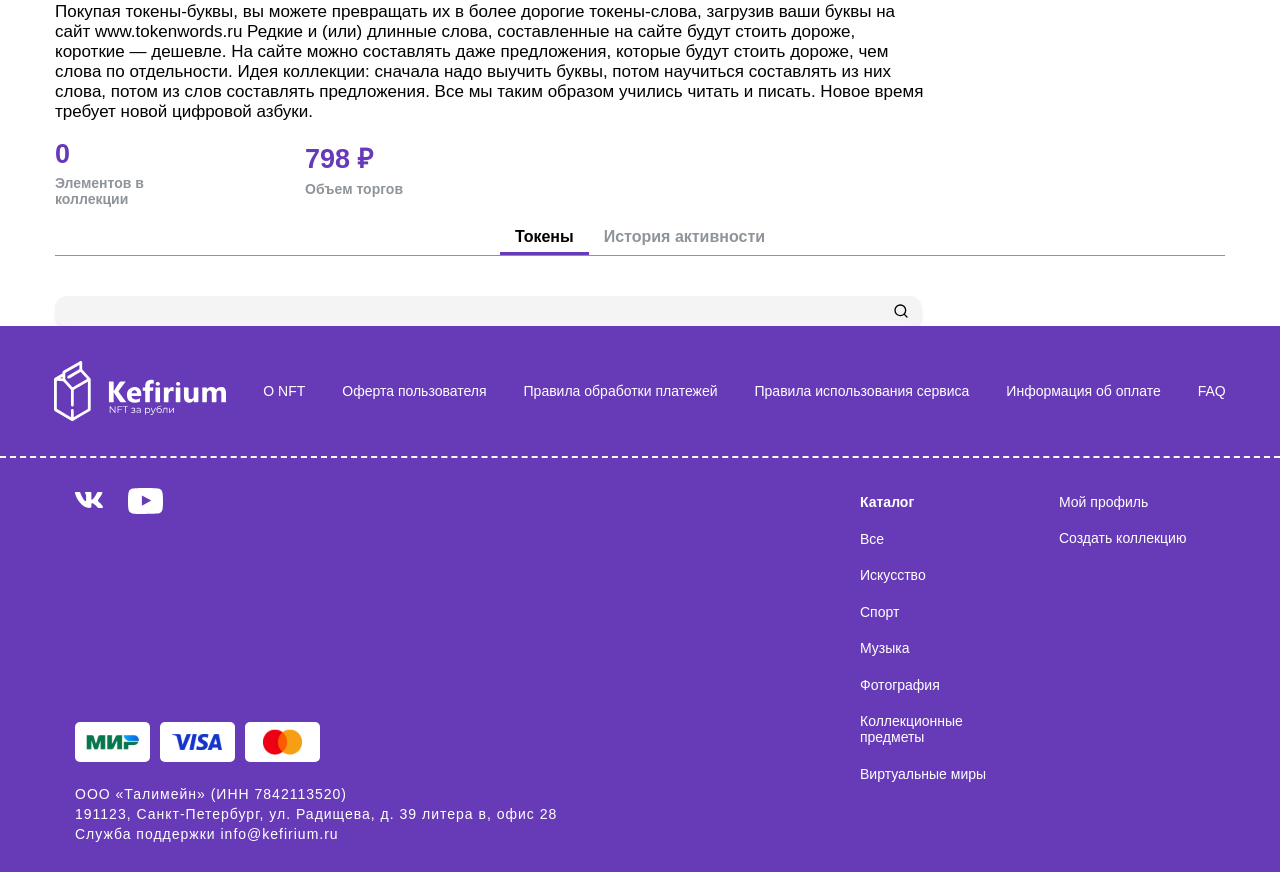
Repository: danchikko/kefirium
Page: /collection
These files come from the project's save history. The page is drawn as it stood at one moment and after the next save; the edit follows.
The browser window is 1280 px wide. The pictures show the part of the page from y = 575 to 1527 px (the page is 1447 px tall before and 1527 px after).
The project was rebuilt for these pictures with package versions that can differ from the ones it lists, and the page was loaded fresh each time. Requests to the local data server were answered from the project's data file. Also part of the build but not shown: src/components/signUp/Navs.js, src/utils/helpers/constants.js, src/components/signUp/FormPhysic.js, src/components/signUp/FormJur.js, src/components/signUp/SignUp.js, src/components/signIn/Form.js, src/components/signIn/SignIn.js, src/components/header/Register.js and 48 more.

Above is the page before, as saved 2022-08-18 16:36:35.

### public/index.html
<!DOCTYPE html>
<html lang="en">
	<head>
		<meta charset="utf-8" />
		<link rel="icon" href="%PUBLIC_URL%/favicon.ico" />
		<meta name="viewport" content="width=device-width, initial-scale=1" />
		<meta name="theme-color" content="#000000" />
		<meta
			name="description"
			content="Web site created using create-react-app"
		/>
		<link rel="apple-touch-icon" href="%PUBLIC_URL%/logo192.png" />
		<link rel="manifest" href="%PUBLIC_URL%/manifest.json" />
		<title>React App</title>
	</head>
	<body>
		<div id="root"></div>
	</body>
</html>

### src/index.js
import React from 'react'
import ReactDOM from 'react-dom/client'
import './index.css'
import App from './App'
import { BrowserRouter } from 'react-router-dom'
import { Provider } from 'react-redux'
import store from './store'

const root = ReactDOM.createRoot(document.getElementById('root'))
root.render(
	<React.StrictMode>
		<BrowserRouter>
			<Provider store={store}>
				<App />
			</Provider>
		</BrowserRouter>
	</React.StrictMode>,
)

### src/index.css
* {
	box-sizing: border-box;
  font-family: 'Barlow', sans-serif;
  font-family: 'Barlow Condensed', sans-serif;
  font-family: 'Bebas Neue', cursive;
  font-family: 'Kanit', sans-serif;
  font-family: 'M PLUS 1 Code', sans-serif;
  font-family: 'Oxygen', sans-serif;
  /* font-family: Situs;
  font-style: italic; */
}

body {
	margin: 0;
}

### src/App.js
import Footer from './components/footer/Footer'
import Header from './components/header/Header'
import { AuthContextProvider } from './context/AuthContext'
import Main from './pages'

function App() {

	return (
		<AuthContextProvider>
			<Header />
			<Main />
			<Footer />
		</AuthContextProvider>
	)
}

export default App

### src/store/index.js
import optionsSlice from "./optionsSlice"
import { configureStore } from "@reduxjs/toolkit"
import postsSlice from "./postsSlice"
import registerSlice from "./registerSlice"
import profileSlice from "./profileSlice"

const store = configureStore({
    reducer: {
        options: optionsSlice,
        posts: postsSlice,
        register: registerSlice,
        profile: profileSlice,
    }
})

export default store

### src/components/footer/Footer.js
import { useDispatch } from 'react-redux'
import styled from 'styled-components'
import {
	closeCategoriesModal,
	closeSupportModal,
} from '../../store/optionsSlice'
import { modalRegisterGlobal } from '../../store/registerSlice'
import FirstBlock from './FirstBlock'
import SecondBlock from './SecondBlock'

const Footer = () => {
	const dispatch = useDispatch()
	return (
		<MainFooter
			onClick={() =>
				dispatch(
					closeCategoriesModal(),
					dispatch(closeSupportModal(), dispatch(modalRegisterGlobal())),
				)
			}
		>
			<FirstBlock />
			<SpecialDiv />
			<SecondBlock />
		</MainFooter>
	)
}

const MainFooter = styled.footer`
	width: 100%;
	background: #673bb7;
`

const SpecialDiv = styled.div`
	width: 100%;
	border-bottom: 2.5px dashed #ffff;
`

export default Footer

### src/context/AuthContext.js
import { createContext, useContext, useEffect, useState } from 'react'
import {
	createUserWithEmailAndPassword,
	signInWithEmailAndPassword,
	signOut,
	onAuthStateChanged,
} from 'firebase/auth'
import { auth } from '../firebase'

const UserContext = createContext()

export const AuthContextProvider = ({ children }) => {
    const [user, setUser] = useState({})
	const createUser = (email, password) => {
		return createUserWithEmailAndPassword(auth, email, password)
	};

    const signIn = (email, password) => {
        return signInWithEmailAndPassword(auth, email, password)
    }

    const logout = () => {
        return signOut(auth)
    }

    useEffect(() => {
        const unsubscribe = onAuthStateChanged(auth, (currentUser) => {
            setUser(currentUser)
        })
        return () => {
            unsubscribe()
        }
    }, [])
	return (
		<UserContext.Provider value={{createUser, user, logout, signIn}}>
			{children}
		</UserContext.Provider>
	)
}

export const UserAuth = () => {
	return useContext(UserContext)
}

### src/pages/index.js
import { useDispatch } from 'react-redux'
import { Route, Routes } from 'react-router-dom'
import CreateNewCollection from '../components/createCollection'
import ProfileSetting from '../components/myProfile/profileSetting'
import ProtectedRoute from '../components/ProtectedRoute'
import AboutNFT from '../components/support/AboutNFT'
import PaymentRules from '../components/support/PaymentRules'
import UserOffer from '../components/support/UserOffer'
import {
	closeCategoriesModal,
	closeSupportModal,
} from '../store/optionsSlice'
import { modalRegisterGlobal } from '../store/registerSlice'
import Categories from './categories/Categories'
import Collections from './collections'
import CollectionToken from './collectionTokens'
import CreateNFT from './createNFT/CreateNFT'
import MainPage from './main-page'
import Profile from './profile'

const Main = () => {
	const dispatch = useDispatch()
	return (
		<div
			onClick={() =>
				dispatch(
					closeCategoriesModal(),
					dispatch(closeSupportModal(), dispatch(modalRegisterGlobal())),
				)
			}
		>
			<Routes>
				<Route path='/' element={<MainPage />} />
				<Route path='/categories' element={<Categories />} />
				<Route path='/createNFT' element={<ProtectedRoute><CreateNFT /></ProtectedRoute>} />
				<Route path='/aboutNFT' element={<AboutNFT />} />
				<Route path='/userOffer' element={<UserOffer />} />
				<Route path='/paymentRules' element={<PaymentRules />} />
				<Route path='/profile/*' element={<ProtectedRoute><Profile /></ProtectedRoute>} />
                <Route path='/profile/settings/*' element={<ProfileSetting />} />
				<Route path='/createCollection' element={<ProtectedRoute><CreateNewCollection /></ProtectedRoute>}/>
				<Route path='/collection/token/*' element={<CollectionToken />} />
				<Route path='/collection/*' element={<Collections />} />
			</Routes>
		</div>
	)
}

export default Main

### src/store/optionsSlice.js
import { createSlice } from '@reduxjs/toolkit'

export const optionsSlice = createSlice({
	name: 'options',
	initialState: {
		sorted: '',
		all: false,
		art: false,
		sport: false,
		music: false,
		photo: false,
		collectibles: false,
		virtualworlds: false,
		categoriesModal: false,
		supportModal: false,
	},
	reducers: {
		sortedPost: (state, action) => {
			state.sorted = action.payload
		},
		modalCategories: (state) => {
			state.categoriesModal = !state.categoriesModal
		},
		closeCategoriesModal: (state, action) => {
			state.categoriesModal = action.payload
		},
		modalSupport: (state) => {
			state.supportModal = !state.supportModal
		},
		closeSupportModal: (state) => {
			state.supportModal = false
		},
		allClick: (state) => {
			state.sorted = 'all'
			state.all = true
			state.art = false
			state.sport = false
			state.music = false
			state.photo = false
			state.collectibles = false
			state.virtualworlds = false
		},
		artClick: (state) => {
			state.sorted = 'art'
			state.all = false
			state.art = true
			state.sport = false
			state.music = false
			state.photo = false
			state.collectibles = false
			state.virtualworlds = false
		},
		sportClick: (state) => {
			state.sorted = 'sport'
			state.all = false
			state.art = false
			state.sport = true
			state.music = false
			state.photo = false
			state.collectibles = false
			state.virtualworlds = false
		},
		musicClick: (state) => {
			state.sorted = 'music'
			state.all = false
			state.art = false
			state.sport = false
			state.music = true
			state.photo = false
			state.collectibles = false
			state.virtualworlds = false
		},
		photoClick: (state) => {
			state.sorted = 'photo'
			state.all = false
			state.art = false
			state.sport = false
			state.music = false
			state.photo = true
			state.collectibles = false
			state.virtualworlds = false
		},
		collectiblesClick: (state) => {
			state.sorted = 'collectibles'
			state.all = false
			state.art = false
			state.sport = false
			state.music = false
			state.photo = false
			state.collectibles = true
			state.virtualworlds = false
		},
		virtualworldsClick: (state) => {
			state.sorted = 'virtualworlds'
			state.all = false
			state.art = false
			state.sport = false
			state.music = false
			state.photo = false
			state.collectibles = false
			state.virtualworlds = true
		}
	},
})

export const {
	sortedPost,
	modalCategories,
	closeCategoriesModal,
	modalSupport,
	closeSupportModal,
	allClick,
	artClick,
	sportClick,
	musicClick,
	photoClick,
	collectiblesClick,
	virtualworldsClick,
} = optionsSlice.actions
export default optionsSlice.reducer

### src/store/postsSlice.js
import { createSlice } from '@reduxjs/toolkit'

const postsSlice = createSlice({
	name: 'posts',
	initialState: {
		id: new Date().toLocaleString(),
		NFTImage: null,
		NFTName: '',
		description: '',
		reference: '',
		content: '',
		price: 0,
		mainImage: null,
		banner: null,
		name: '',
		categories: '',
		collectionDescription: '',
	},
	reducers: {
		createImage: (state, action) => {
			state.NFTImage = action.payload
		},
		createName: (state, action) => {
			state.NFTName = action.payload
		},
		createDescription: (state, action) => {
			state.description = action.payload
		},
		createReference: (state, action) => {
			state.reference = action.payload
		},
		createContent: (state, action) => {
			state.content = action.payload
		},
		createPrice: (state, action) => {
			state.price = action.payload
		},
		createCollectionImage: (state, action) => {
			state.mainImage = action.payload
		},
		createCollectionBanner: (state, action) => {
			state.banner = action.payload
		},
		createCollectionName: (state, action) => {
			state.name = action.payload
		},
		createCollectionCategories: (state, action) => {
			state.categories = action.payload
		},
		createCollectionDescription: (state, action) => {
			state.collectionDescription = action.payload
		},
	},
})

export const {
	createImage,
	createName,
	createDescription,
	createReference,
	createContent,
	createPrice,
	createCollectionImage,
	createCollectionBanner,
	createCollectionName,
	createCollectionCategories,
	createCollectionDescription,
} = postsSlice.actions

export default postsSlice.reducer

### src/store/registerSlice.js
import { createSlice } from '@reduxjs/toolkit'

const registerSlice = createSlice({
	name: 'register',
	initialState: {
		physicFace: true,
		jurFace: false,
		registerModal: false,
		signUpModal: false,
		signInModal: false,
	},
	reducers: {
		clickPhysic: (state) => {
			state.physicFace = true
			state.jurFace = false
		},
		clickJur: (state) => {
			state.physicFace = false
			state.jurFace = true
		},
		modalRegister: (state) => {
			state.registerModal = !state.registerModal
		},
		modalSignUp: (state) => {
			state.signUpModal = !state.signUpModal
		},
		modalSignIn: (state) => {
			state.signInModal = !state.signInModal
		},
		modalRegisterGlobal: (state) => {
			state.registerModal = false
		},
	},
})

export const {
	clickPhysic,
	clickJur,
	onRegister,
	modalRegister,
	modalSignUp,
	modalSignIn,
	modalRegisterGlobal,
} = registerSlice.actions
export default registerSlice.reducer

### src/components/footer/FirstBlock.js
import { Link } from 'react-router-dom'
import styled from 'styled-components'
import logo from '../../aseets/svg/logo.svg'

const FirstBlock = () => {
	return (
		<Container>
			<Logo src={logo} alt='logo' />
			<Links to='/'>О NFT</Links>
			<Links to='/'>Оферта пользователя</Links>
			<Links to='/'>Правила обработки платежей</Links>
			<Links to='/'>Правила использования сервиса</Links>
			<Links to='/'>Информация об оплате</Links>
			<Links to='/'>FAQ</Links>
		</Container>
	)
}

const Container = styled.div`
	max-width: 1270px;
	width: 100%;
	height: 130px;
	display: flex;
	justify-content: center;
	gap: 37px;
	align-items: center;
	margin: 0 auto;
	padding: 0 20px;
`

const Logo = styled.img`
	width: 172px;
	height: 60px;
`

const Links = styled(Link)`
	text-decoration: none;
	color: #ffffff;
	font-size: 14px;
    font-weight: 500;
`

export default FirstBlock

### src/components/header/HeaderCategories.js
import { useDispatch, useSelector } from 'react-redux'
import { Link } from 'react-router-dom'
import styled from 'styled-components'
import { FiChevronRight } from 'react-icons/fi'
import {
	closeCategoriesModal,
	closeSupportModal,
	modalCategories,
	sortedPost,
} from '../../store/optionsSlice'

const HeaderCategories = () => {
	const modal = useSelector((state) => state.options.categoriesModal)
	const dispatch = useDispatch()
	return (
		<div>
			<Topics
				onClick={() =>
					dispatch(modalCategories(), dispatch(closeSupportModal()))
				}
			>
				Категории <NavRight />
			</Topics>
			{modal ? (
				<ListCategories
					onClick={() => dispatch(closeCategoriesModal())}
				>
					<Links
						onClick={() => dispatch(sortedPost('all'))}
						to='/categories'
					>
						Все
					</Links>
					<Links
						onClick={() => dispatch(sortedPost('art'))}
						to='/categories'
					>
						Искусство
					</Links>
					<Links
						onClick={() => dispatch(sortedPost('sport'))}
						to='/categories'
					>
						Спорт
					</Links>
					<Links
						onClick={() => dispatch(sortedPost('music'))}
						to='/categories'
					>
						Музыка
					</Links>
					<Links
						onClick={() => dispatch(sortedPost('photo'))}
						to='/categories'
					>
						Фотография
					</Links>
					<Links
						onClick={() => dispatch(sortedPost('collectibles'))}
						to='/categories'
					>
						Коллекционные предметы
					</Links>
					<Links
						onClick={() => dispatch(sortedPost('virtualworlds'))}
						to='/categories'
					>
						Виртуальные миры
					</Links>
				</ListCategories>
			) : (
				''
			)}
		</div>
	)
}

const Topics = styled.p`
	font-size: 15px;
	color: #8f9499;
	font-weight: 700;
	display: flex;
	align-items: center;
	cursor: pointer;
`

const ListCategories = styled.div`
	width: 170px;
	height: 360px;
	background: #f4f4f4;
	border-radius: 16px;
	box-shadow: 0 4px 3px 0 rgb(103 59 183 / 10%);
	position: absolute;
	top: 75px;
	right: 534px;
	padding: 20px 25px;
	display: flex;
	flex-direction: column;
	justify-content: space-around;
`

const Links = styled(Link)`
	text-decoration: none;
	font-size: 14px;
	color: rgb(103, 59, 183);
	:hover {
		color: #e7246a;
	}
`

const NavRight = styled(FiChevronRight)`
	margin-left: 5px;
	width: 14px;
	height: 14px;
`

export default HeaderCategories

### src/components/header/HeaderSupport.js
import styled from 'styled-components'
import { FiChevronRight } from 'react-icons/fi'
import { useDispatch, useSelector } from 'react-redux'
import { closeCategoriesModal, closeSupportModal, modalSupport } from '../../store/optionsSlice'
import { Link } from 'react-router-dom'

const HeaderSupport = () => {
	const modal = useSelector((state) => state.options.supportModal)
	const dispatch = useDispatch()
	return (
		<div>
			<Topics
				onClick={() =>
					dispatch(modalSupport(), dispatch(closeCategoriesModal()))
				}
			>
				Поддержка <NavRight />
			</Topics>
			{modal ? (
				<ListSupports onClick={() => dispatch(closeSupportModal())}>
					<Links to='/aboutNFT'>O NFT</Links>
					<Links to='/userOffer'>Оферта пользователя</Links>
					<Links to='/paymentRules'>Правила обработки платежей</Links>
					<Links to='/'>Правила использования сервиса</Links>
					<Links to='/'>Информация об оплате</Links>
					<Links to='/'>FAQ</Links>
				</ListSupports>
			) : (
				''
			)}
		</div>
	)
}

const Topics = styled.p`
	font-size: 15px;
	color: #8f9499;
	font-weight: 700;
	display: flex;
	align-items: center;
	cursor: pointer;
`

const NavRight = styled(FiChevronRight)`
	margin-left: 5px;
	width: 14px;
	height: 14px;
`

const ListSupports = styled.div`
	width: 170px;
	height: 360px;
	background: #f4f4f4;
	border-radius: 16px;
	box-shadow: 0 4px 3px 0 rgb(103 59 183 / 10%);
	position: absolute;
	top: 75px;
	right: 400px;
	padding: 20px 25px;
	display: flex;
	flex-direction: column;
	justify-content: space-around;
`

const Links = styled(Link)`
	text-decoration: none;
	font-size: 14px;
	color: rgb(103, 59, 183);
	:hover {
		color: #e7246a;
	}
`

export default HeaderSupport

### src/firebase.js
// Import the functions you need from the SDKs you need
import { initializeApp } from "firebase/app";
import { getAuth } from "firebase/auth";
// TODO: Add SDKs for Firebase products that you want to use
// https://firebase.google.com/docs/web/setup#available-libraries

// Your web app's Firebase configuration
const firebaseConfig = {
  apiKey: "AIzaSyCoinYPQWNOuxgztVvEuZQFqFbmSgboiNI",
  authDomain: "auth-development-718fc.firebaseapp.com",
  projectId: "auth-development-718fc",
  storageBucket: "auth-development-718fc.appspot.com",
  messagingSenderId: "1020950913601",
  appId: "1:1020950913601:web:23a5870412d851a716dcc0"
};

// Initialize Firebase
const app = initializeApp(firebaseConfig);
export const auth = getAuth(app);
export default app

### src/pages/collections/index.js
import { useState } from 'react'
import { Fragment } from 'react'
import { useEffect } from 'react'
import styled from 'styled-components'
import Collection from './Collection'
import CollectionNavbar from './CollectionNavbar'

const Collections = () => {
	const [collection, setCollection] = useState([])

	useEffect(() => {
		fetch('http://localhost:3000/Categories')
			.then((responce) => responce.json())
			.then((data) => setCollection(data.slice(0, 1)))
	}, [])
	return (
		<Container>
			{collection.map((el) => {
				return (
					<Fragment key={el.id}>
						<BackgroundBlock url={el.collectionBanner} />
						<Collection
							image={el.collectionImage}
							title={el.collectionName}
							user={el.nickname}
							description={el.collectionDescription}
						/>
					</Fragment>
				)
			})}
            <CollectionNavbar />
		</Container>
	)
}

const Container = styled.div`
	width: 100%;
	padding-top: 80px;
`

const BackgroundBlock = styled.div`
	width: 100%;
	height: 250px;
	background-image: url(${(props) => props.url});
    margin-bottom: 70px;
`

export default Collections

### src/components/UI/typography/Title.js
import styled from 'styled-components'

const Title = (props) => {
	return <CreateTitle {...props} />
}

const CreateTitle = styled.h2`
	color: ${(props) => props.color || '#ffff'};
	font-size: ${(props) => props.size || '20px'};
	margin: ${(props) => props.margin || '0'};
	font-weight: ${(props) => props.weight || '700'};
`

export default Title

### src/components/UI/position/Flex.js
import styled from "styled-components";

const Flex = (props) => {
    return (
        <CreateFlex {...props} />
    )
}

const CreateFlex = styled.div`
    max-width: ${(props) => props.width || ''};
    width: 100%;
    display: flex;
    flex-direction: ${(props) => props.direction || 'stretch'};
    justify-content: ${(props) => props.justify  || 'stretch'};
    align-items: ${(props) => props.align || 'stretch'};
    height: ${(props) => props.height || ''};
    margin: ${(props) => props.margin || ''};
`

export default Flex;

### src/components/UI/typography/Text.js
import styled from "styled-components";

const Text = (props) => {
    return (
        <CreateText {...props} />
    )
}

const CreateText = styled.p`
    color: ${(props) => props.color || '#ffffff'};
    font-size: ${(props) => props.size || '14px'};
    line-height: ${(props) => props.line || ''};
    font-weight: ${(props) => props.weight || '500'};
`

export default Text;

### src/pages/collections/CollectionNavbar.js
import { useState } from 'react'
import styled from 'styled-components'
import Searching from './Searching'

const CollectionNavbar = () => {
	const [tokens, setTokens] = useState(true)
	const [history, setHistory] = useState(false)

    const tokenHandler = () => {
        setTokens(true)
        setHistory(false)
    }

    const historyHandler = () => {
        setHistory(true)
        setTokens(false)
    }
	return (
		<Container>
			<Navbar>
				{tokens ? (
					<ButtonTrue>Токены</ButtonTrue>
				) : (
					<ButtonFalse onClick={tokenHandler}>Токены</ButtonFalse>
				)}
				{history ? (
					<ButtonTrue>История активности</ButtonTrue>
				) : (
					<ButtonFalse onClick={historyHandler}>История активности</ButtonFalse>
				)}
			</Navbar>
            {tokens ? <Searching /> : <Searching />}
		</Container>
	)
}

const Container = styled.div`
	max-width: 1170px;
	width: 100%;
	margin: 0 auto;
`

const Navbar = styled.div`
	max-width: 1170px;
	width: 100%;
	height: 44px;
	border-bottom: 1px solid #8f9499;
	display: flex;
	justify-content: center;
    margin-bottom: 40px;
`

const ButtonTrue = styled.div`
	border-bottom: 3px solid #673bb7;
	padding: 10px 15px;
	color: #000000;
	cursor: pointer;
	background-color: #ffffff;
	font-weight: 700;
	margin-top: 6px;
`

const ButtonFalse = styled.div`
	padding: 10px 15px;
	color: #8f9499;
	cursor: pointer;
	background-color: #ffffff;
	font-weight: 700;
	margin-top: 6px;
`

export default CollectionNavbar

### src/pages/collections/Searching.js
import styled from "styled-components";
import {FiSearch} from 'react-icons/fi'

const Searching = () => {
    return (
        <Container>
            <Search>
                <SearchInput />
                <FiSearch />
            </Search>
        </Container>
    )
}

const Container = styled.div`
    max-width: 1170px;
    width: 100%;
    margin
`

const Search = styled.div`
    max-width: 867px;
    width: 100%;
    display: flex;
    border-radius: 12px;
    box-shadow: 0 4px 3px rgb(103 59 183 / 10%);
    background: #f4f4f4;
    height: 30px;
    align-items: center;
`

const SearchInput = styled.input`
    background-color: #f4f4f4;
    border: none;
    outline: none;
    max-width: 838px;
    width: 100%;
    padding-left: 30px;
`

export default Searching;

Loaded but not shown: db.json (227 lines, source omitted); src/store/profileSlice.js (112 lines, source omitted); src/components/footer/SecondBlock.js (143 lines, source omitted); src/components/header/Header.js (143 lines, source omitted); src/pages/collections/Collection.js (133 lines, source omitted)

After the next save:
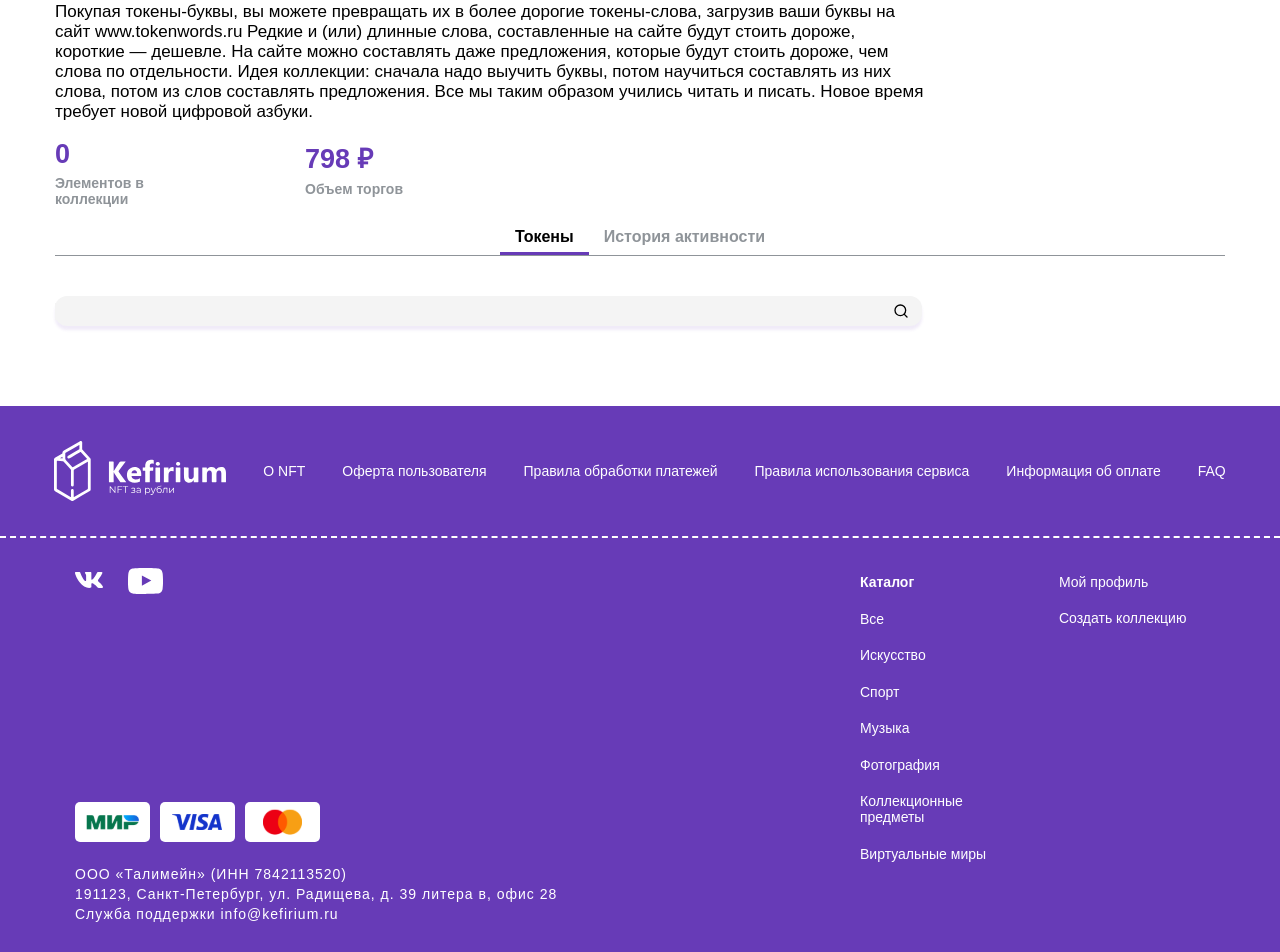
Saved 6 s later.
--- a/src/pages/collections/Searching.js
+++ b/src/pages/collections/Searching.js
@@ -15,7 +15,7 @@ const Searching = () => {
 const Container = styled.div`
     max-width: 1170px;
     width: 100%;
-    margin
+    margin-bottom: 80px;
 `
 
 const Search = styled.div`
